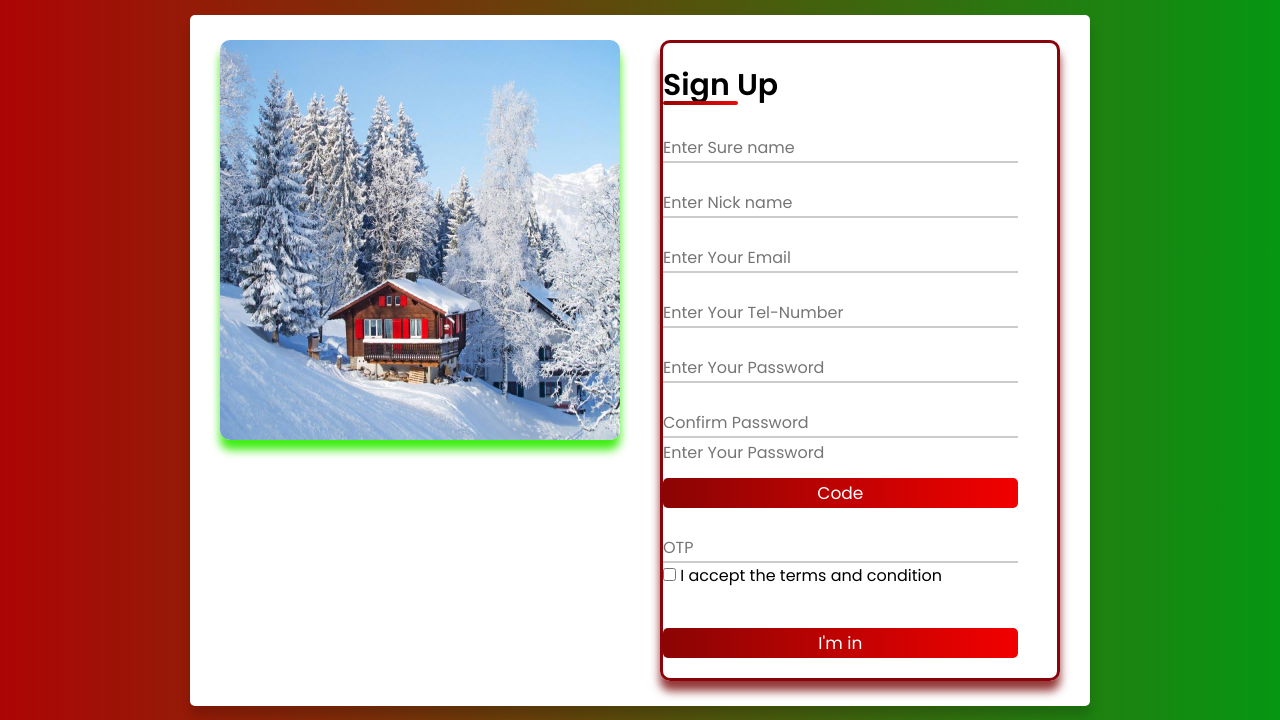
Repository: dev-ashik/Halloween
Page: Reg Page/Index.html
These files come from the project's save history. The page is drawn as it stood at one moment and after the next save; the edit follows.
The browser window is 1280 px wide. The pictures show the whole page.

Above is the page before, as saved 2021-12-21 22:25:56.

### Reg Page/Index.html
<!DOCTYPE html>
<html lang="en">

<head>
    <meta charset="UTF-8">
    <meta http-equiv="X-UA-Compatible" content="IE=edge">
    <meta name="viewport" content="width=device-width, initial-scale=1.0">
    <title>Regristration page</title>
    <link rel="stylesheet" href="CSS/main.css">
</head>

<body>
    <div class="con">
        <div class="bann">
            <img src="IMG/banner.jpg" alt="">
        </div>
        <div class="form">
            <form action="#">
                <div class="title">Sign Up</div>
                <div class="box">
                    <input type="text" placeholder="Enter Sure name" id="fn" required>
                    <div class="underline"></div>
                </div>
                <div class="box"> <input type="text" placeholder="Enter Nick name" id="ln" required>
                    <div class="underline"></div>
                </div>
                <div class="box underline">
                    <input type="text" placeholder="Enter Your Email" id="mail" required>
                    <div class="underline"></div>
                    <!--Email Field with velidation-->
                </div>
                <div class="box underline">
                    <input type="text" placeholder="Enter Your Tel-Number" id="number" required>
                    <div class="underline"></div>
                </div>
                <div class="box">
                    <input type="password" placeholder="Enter Your Password" id="pwd" required>
                    <div class="underline"></div>
                    <!--Password Field with velidation-->
                </div>
                <div class="box">
                    <input type="password" placeholder="Confirm Password" id="pwd" required>
                    <input type="password" placeholder="Enter Your Password" id="pwd" required>
                    <div class="underline"></div>
                </div>
                <div class="box button">
                    <button onclick="vercod()" id="vc">Code</button>
                    <!--Code form-->
                </div>
                <div class="box">
                    <input type="text" placeholder="OTP" id="otp" required>
                    <div class="underline"></div>
                    <!--Security Code with velidation-->
                </div>
                <div class="Agreement">
                    <input type="checkbox" id="cb" value="Agree">
                    <label for="Agree">I accept the terms and condition</label>
                    <!--Agreement box-->
                </div>
                <div class="box button">
                    <button onclick="sub()">I'm in</button>
                </div>
            </form>
        </div>
    </div>
</body>
<script src="JS/main.js"></script>

</html>

### Reg Page/CSS/main.css
@import url('https://fonts.googleapis.com/css2?family=Poppins:wght@200;300;400;500;600;700&display=swap');
@import url('https://fonts.googleapis.com/css2?family=Poppins:wght@200;300;400;500;600;700&display=swap');
* {
    margin: 0;
    padding: 0;
    box-sizing: border-box;
    font-family: 'Poppins', sans-serif;
}

html,
body {
    display: grid;
    height: 100vh;
    width: 100%;
    place-items: center;
    background: linear-gradient(to right, #ad0505 0%, #069612 100%);
}

 ::selection {
    background: #ff80bf;
}

.con {
    background: #fff;
    max-width: 900px;
    width: 100%;
    padding: 25px 30px;
    border-radius: 5px;
    box-shadow: 0 10px 10px rgba(0, 0, 0, 0.15);
}

.con .bann img {
    float: left;
    width: 400px;
    height: 400px;
    border-radius: 10px;
    box-shadow: 0 10px 10px #40ee14;
}

.con .form {
    float: right;
    border: 3px solid rgb(138, 5, 11);
    border-radius: 10px;
    max-width: 400px;
    width: 100%;
    box-shadow: 0 10px 10px rgba(121, 4, 4, 0.795);
}

.con .form form .title {
    font-size: 30px;
    font-weight: 600;
    margin: 20px 0 10px 0;
    position: relative;
}

.con .form form .title:before {
    content: '';
    position: absolute;
    height: 4px;
    width: 75px;
    left: 0px;
    bottom: 3px;
    border-radius: 5px;
    background: linear-gradient(to right, #960404 0%, #eb0909 100%);
}

.con .form form .box {
    width: 90%;
    height: 30px;
    margin-top: 25px;
    position: relative;
}

.con .form form .box input {
    width: 100%;
    height: 100%;
    outline: none;
    font-size: 16px;
    border: none;
}

.con .form form .underline::before {
    content: '';
    position: absolute;
    height: 2px;
    width: 100%;
    background: #ccc;
    left: 0;
    bottom: 0;
}

.con .form form .underline::after {
    content: '';
    position: absolute;
    height: 2px;
    width: 100%;
    background: linear-gradient(to right, rgb(136, 2, 2) 0%, #f10404 100%);
    left: 0;
    bottom: 0;
    transform: scaleX(0);
    transform-origin: left;
    transition: all 0.3s ease;
}

.con .form form .box input:focus~.underline::after,
.con .form form .box input:valid~.underline::after {
    transform: scaleX(1);
    transform-origin: left;
}

.con .form form .button {
    margin: 40px 0 20px 0;
}

.con .form .box button {
    width: 100%;
    height: 100%;
    outline: none;
    font-size: 16px;
    border: none;
    background: linear-gradient(to right, #8b0404 0%, #f30000 100%);
    font-size: 17px;
    color: #fff;
    border-radius: 5px;
    cursor: pointer;
    transition: all 0.3s ease;
}

.con .form .box button:hover {
    letter-spacing: 1px;
    background: linear-gradient(to left, #8a0404 0%, #fc0707 100%);
}

footer {
    text-align: center;
    font-size: 30px;
    color: greenyellow;
}

footer:hover {
    color: greenyellow;
    text-shadow: 1px 1px 2px black, 0 0 25px rgb(11, 247, 3), 0 0 5px rgb(10, 255, 1);
}

Loaded but not shown: Reg Page/JS/main.js (no stored copy; drawn as an empty file)

After the next save:
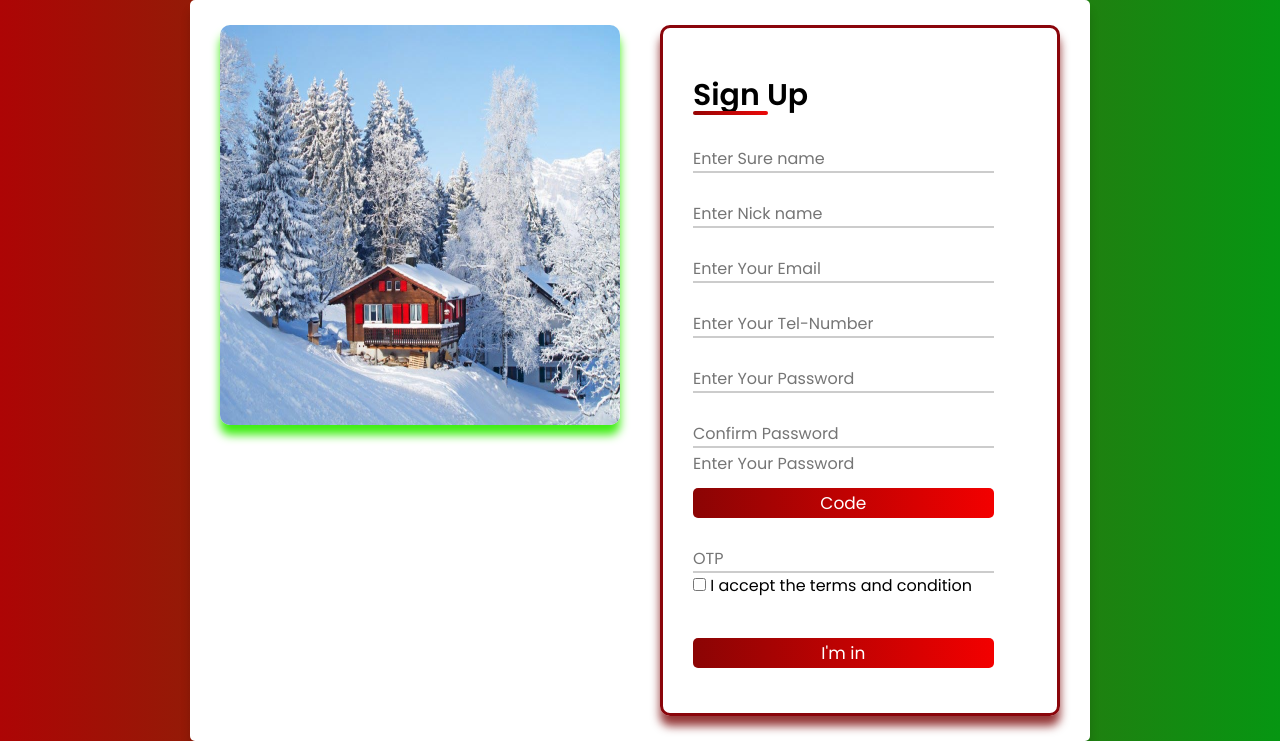
Saved 2 min 0 s later.
--- a/Reg Page/CSS/main.css
+++ b/Reg Page/CSS/main.css
@@ -41,6 +41,7 @@ body {
     float: right;
     border: 3px solid rgb(138, 5, 11);
     border-radius: 10px;
+    padding: 25px 30px;
     max-width: 400px;
     width: 100%;
     box-shadow: 0 10px 10px rgba(121, 4, 4, 0.795);
